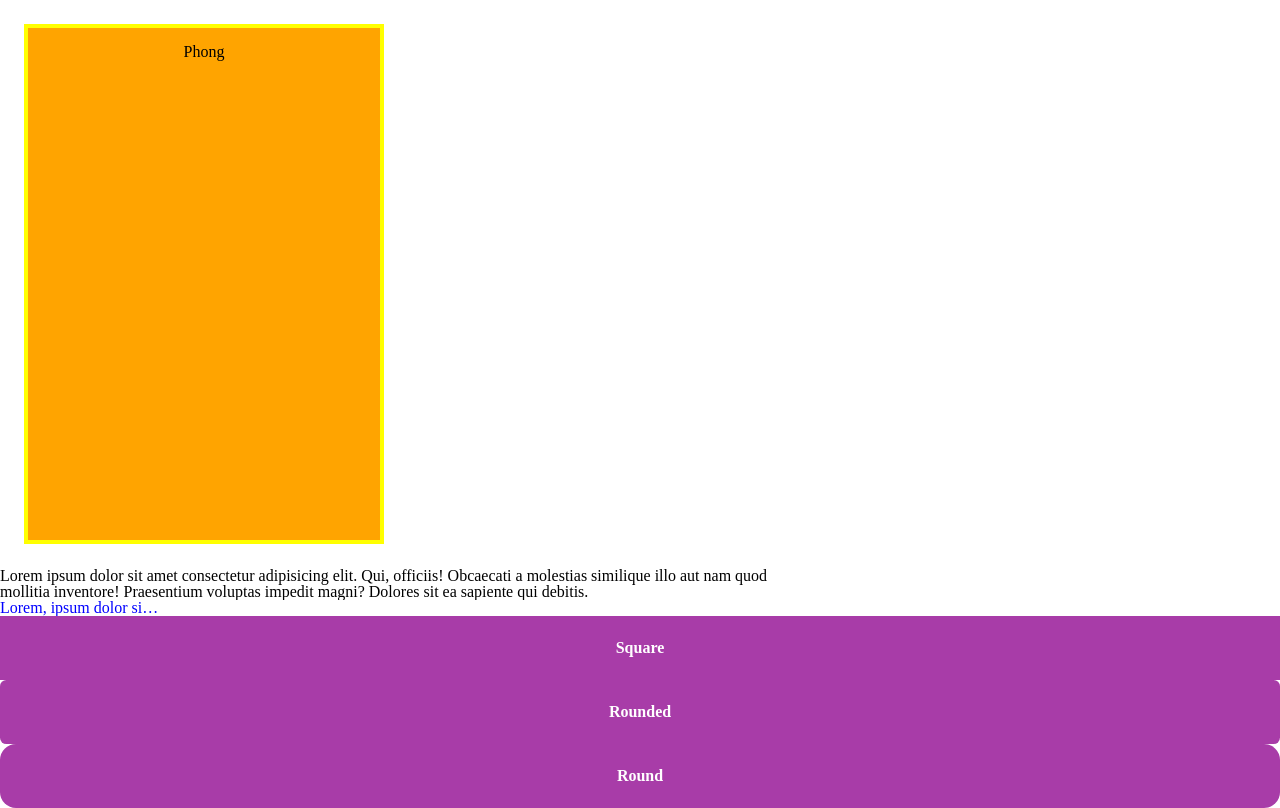
Repository: ThanhPhongsof/Css-Course
Page: index.html
An editor plug-in stored every save of this project. The page is shown before and after the next save, followed by the edit.
The browser window is 1280 px wide. The pictures show the whole page.

Above is the page before, as saved 2022-05-15 10:50:03.

### index.html
<!DOCTYPE html>
<html lang="en">
  <head>
    <meta charset="UTF-8" />
    <meta http-equiv="X-UA-Compatible" content="IE=edge" />
    <meta name="viewport" content="width=device-width, initial-scale=1.0" />
    <title>Document</title>
    <link rel="stylesheet" href="./reset.css" />
    <link rel="stylesheet" href="./styles.css" />
  </head>
  <body>
    <div class="box">Phong</div>
    <div class="text3">
      Lorem ipsum dolor sit amet consectetur adipisicing elit. Qui, officiis!
      Obcaecati a molestias similique illo aut nam quod mollitia inventore!
      Praesentium voluptas impedit magni? Dolores sit ea sapiente qui debitis.
    </div>
    <div class="text1">
      Lorem, ipsum dolor sit amet consectetur adipisicing elit. Iure quasi
      inventore deleniti blanditiis obcaecati modi? Nulla voluptatibus laborum
      enim velit quae quibusdam. Quibusdam neque cupiditate iure, rem quam
      beatae natus.
    </div>
    <!-- <div class="background"></div> -->
    <!-- <img src="/unsplash1.jpg" alt="" class="image" /> -->
    <div class="group-button">
      <div class="button button--square">Square</div>
      <div class="button button--rounded">Rounded</div>
      <div class="button button--round">Round</div>
    </div>
  </body>
</html>

### styles.css
.box {
  width: 20rem;
  height: 30rem;
  background-color: #ffa400;
  color: #000;
  border: 4px solid yellow;
  padding: 1rem;
  margin: 1.5rem;
  text-align: center;
}
.text3 {
  max-width: 50rem;
  display: -webkit-box;
  -webkit-box-orient: vertical;
  -webkit-line-clamp: 3;
  overflow: hidden;
  text-overflow: ellipsis;
}
.text1 {
  max-width: 10rem;
  white-space: nowrap;
  overflow: hidden;
  text-overflow: ellipsis;
  color: blue;
}
.background {
  width: 100vw;
  height: 100vh;
  background: url("/unsplash1.jpg") no-repeat center right/ cover;
}

.image {
  width: 40rem;
  height: 40rem;
  border-radius: 50%;
  object-fit: cover;
}

.button {
  background-color: rgb(168, 60, 168);
  color: white;
  font-weight: 600;
  padding: 24px 24px;
  outline: none;
  text-align: center;
  text-decoration: none;
}

.button--square {
}
.button--rounded {
  border-radius: 0.4rem;
}
.button--round {
  border-radius: 1rem;
}

Loaded but not shown: reset.css (common file)

After the next save:
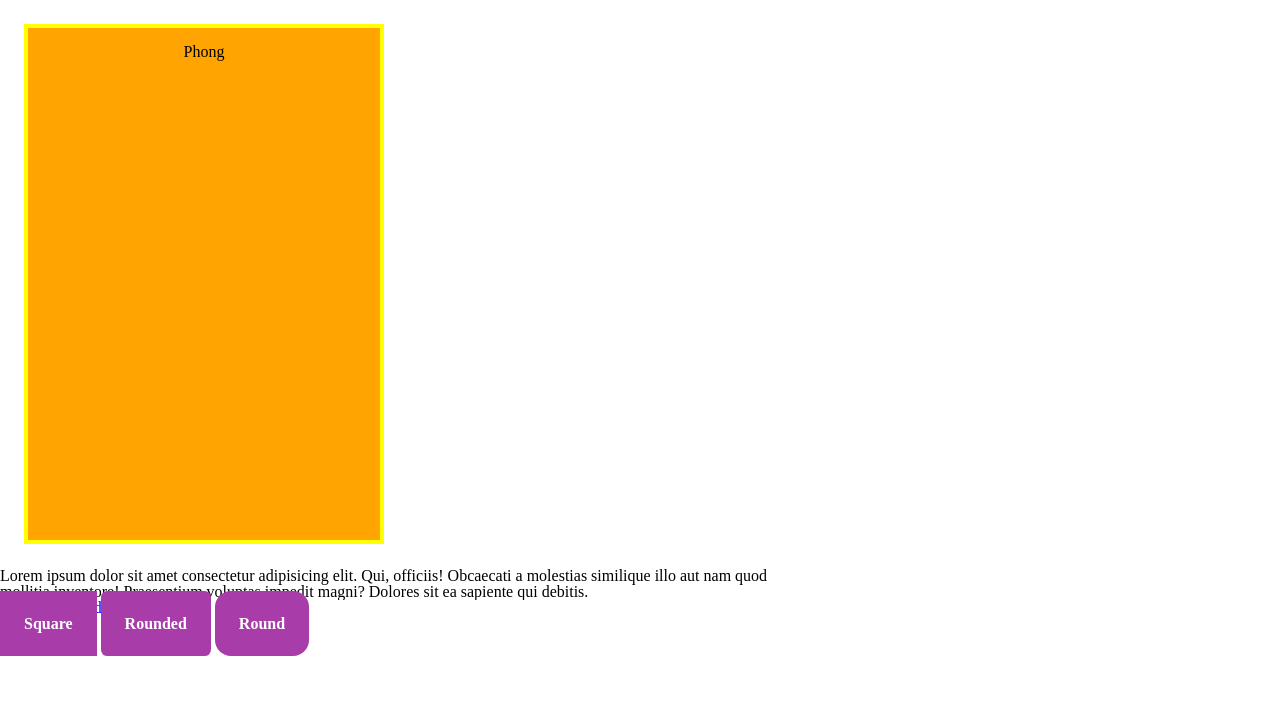
Saved 2 s later.
--- a/index.html
+++ b/index.html
@@ -24,9 +24,9 @@
     <!-- <div class="background"></div> -->
     <!-- <img src="/unsplash1.jpg" alt="" class="image" /> -->
     <div class="group-button">
-      <div class="button button--square">Square</div>
-      <div class="button button--rounded">Rounded</div>
-      <div class="button button--round">Round</div>
+      <a class="button button--square">Square</a>
+      <a class="button button--rounded">Rounded</a>
+      <a class="button button--round">Round</a>
     </div>
   </body>
 </html>
